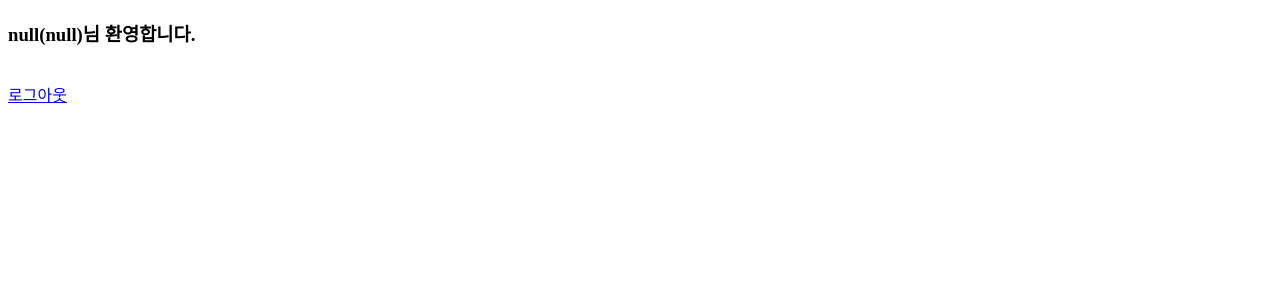
Repository: hanbeen03/javabasic
Page: http://localhost/JSPBasic/04-session/session_welcome.jsp
These files come from the project's save history. The page is drawn as it stood at one moment and after the next save; the edit follows.
The browser window is 1280 px wide. The pictures show the whole page.
The page is served by Tomcat 9.

Above is the page before, as saved 2021-08-03 03:15:17.

### JSPBasic/WebContent/04-session/session_welcome.jsp
<%@ page language="java" contentType="text/html; charset=UTF-8"
    pageEncoding="UTF-8"%>

<%
	String id = (String)session.getAttribute("session_id");
	String nick = (String)session.getAttribute("session_nick");
%>
<!DOCTYPE html>
<html>
<head>
<meta charset="UTF-8">
<title>Insert title here</title>
</head>
<body>
	<h3><%= nick %>(<%= id %>)님 환영합니다.</h3><br/>
	<a href="session_logout.jsp">로그아웃</a>
</body>
</html>

After the next save:
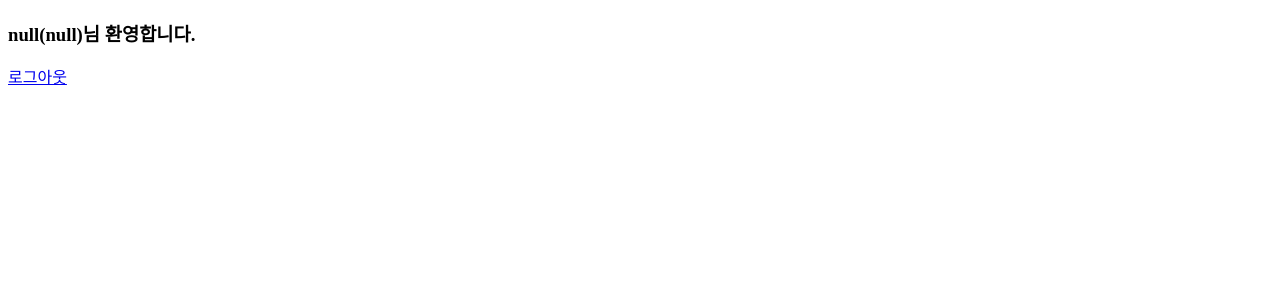
Saved 38 s later.
--- a/JSPBasic/WebContent/04-session/session_welcome.jsp
+++ b/JSPBasic/WebContent/04-session/session_welcome.jsp
@@ -12,7 +12,7 @@
 <title>Insert title here</title>
 </head>
 <body>
-	<h3><%= nick %>(<%= id %>)님 환영합니다.</h3><br/>
+	<h3><%= nick %>(<%= id %>)님 환영합니다.</h3>
 	<a href="session_logout.jsp">로그아웃</a>
 </body>
 </html>
